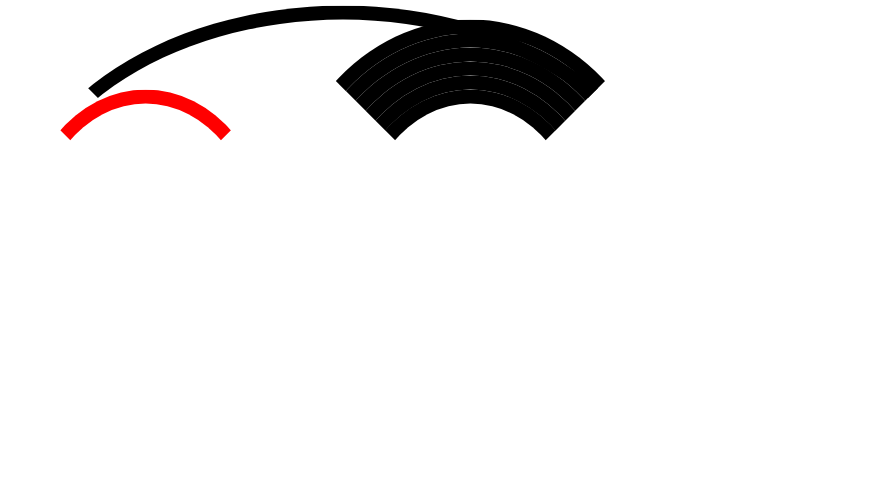
Repository: NthigaDenis/example-repository
Page: phase-0-css-rainbow-lab/index.html
An editor plug-in stored every save of this project. The page is shown before and after the next save, followed by the edit.
The browser window is 1280 px wide. The pictures show the part of the page from y = 0 to 1920 px (the page is 720 px tall before and 3364 px after), at 70% of full size.

Above is the page before, as saved 2022-08-02 11:56:42.

### phase-0-css-rainbow-lab/index.html
<!DOCTYPE html>
<html>

<head>
  <!-- where all the meta data will go, like and files we need to include -->
  <link rel="stylesheet" type="text/css" href="main.css" />
  <title>My Little Rainbow</title><!-- the title is what appears on your tab -->
</head>

<body>
  <!-- the body element is where everything we will see on the page will go -->

  <!-- our soon to be beautiful rainbow! -->
  <div>
    <!-- the grandest grandparent div -->
    <div id="red"></div>
    <div>
      <div>
        <div>
          <div>
            <div>
              <div></div> <!-- the grandest child div -->
            </div>
          </div>
        </div>
      </div>
    </div>
  </div>

</body>

</html>

### phase-0-css-rainbow-lab/main.css
div {
  border: 20px solid #000;
  /* this is short hand for setting
                            the border's width, its type, and color */
  display: inline-block;
  /* a way of positioning elements */
  min-width: 20em;
  /* the two min styles make the shape */
  min-height: 25em;
  /* of the divs oblong*/
  border-radius: 50%;
  /* this makes the normally square div round */
  border-left-color: transparent;
  /* these remove the color from the left side */
  border-right-color: transparent;
  /* the right side */
  border-bottom-color: transparent;
  /* and the bottom of the circle */
}

#red {
  border-top-color: #f00;
}

#orange {
  border-top-color: #ffa500
}

#yellow {
  border-top-color: #ff0
}

#green {
  border-top-color: #00bc3f
}

#blue {
  border-top-color: blue
}

#indigo {
  border-top-color: indigo
}

#violet {
  border-top-color: violet
}

After the next save:
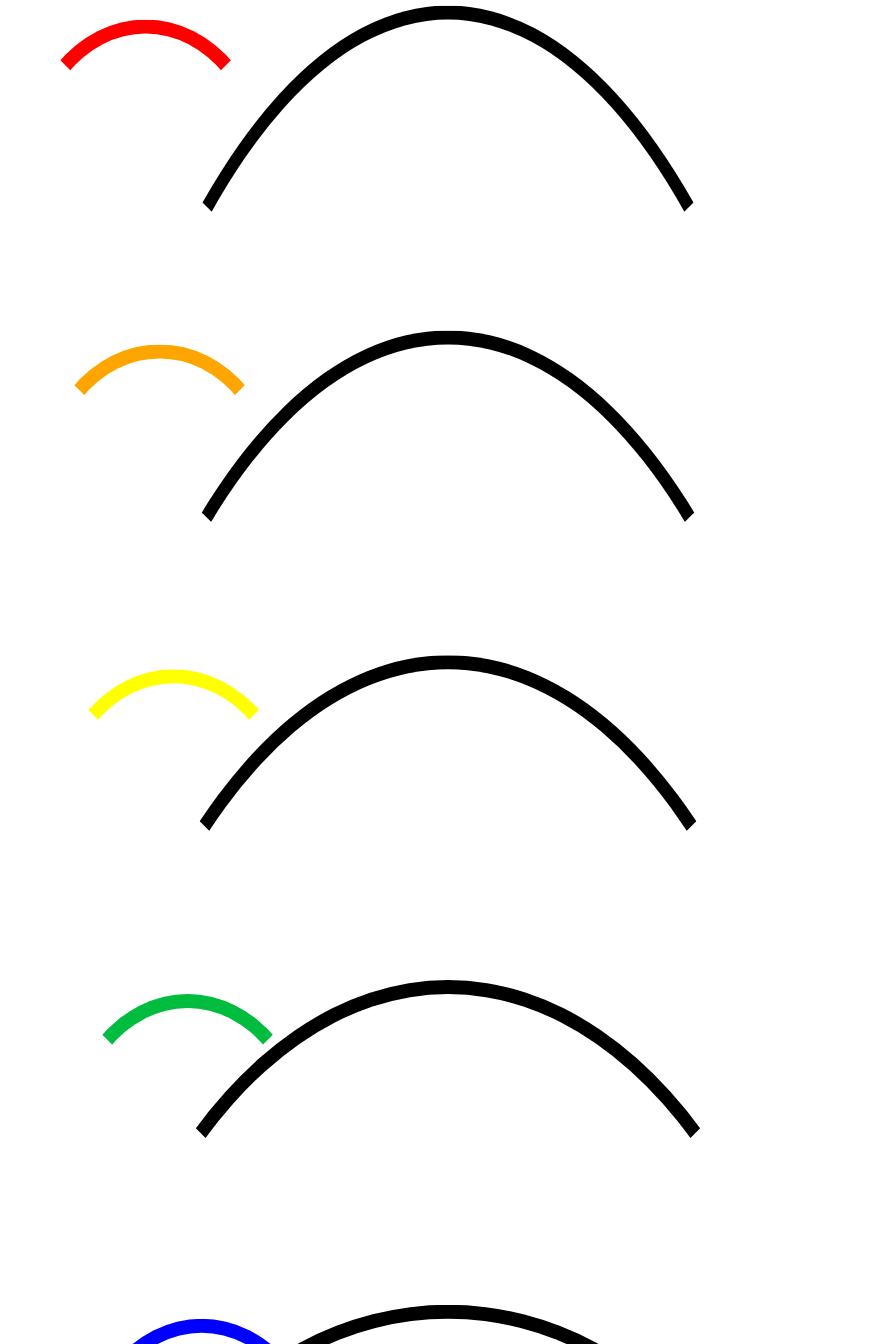
Saved 7 s later.
--- a/phase-0-css-rainbow-lab/index.html
+++ b/phase-0-css-rainbow-lab/index.html
@@ -15,11 +15,17 @@
     <!-- the grandest grandparent div -->
     <div id="red"></div>
     <div>
+      <div id="orange"></div>
       <div>
+        <div id="yellow"></div>
         <div>
+          <div id="green"></div>
           <div>
+            <div id="blue"></div>
             <div>
-              <div></div> <!-- the grandest child div -->
+              <div id="indigo"></div>
+              <div></div> <!-- the gdirandest child div -->
+              <div id="violet"></div>
             </div>
           </div>
         </div>
